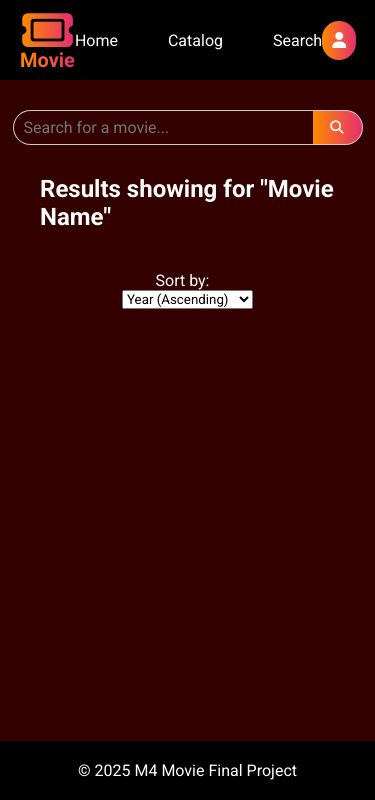
Repository: avivanguyen/m4_movie-FinalProject
Page: index.html
The author's editor kept a copy of each file at every save. The page is drawn from the files as they stood at one save, then again after a run of saves.
The browser window is 375 px wide. The pictures show the whole page.
Some web libraries are served in a nearby version.

Above is the page before, as saved 2025-12-30 08:07:24.

### index.html
<!DOCTYPE html>
<html lang="en">
<head>
    <meta charset="UTF-8">
    <meta name="viewport" content="width=device-width, initial-scale=1.0">
    <title>M4 Movie Final Project</title>
    <link rel="stylesheet" href="styles.css">
    <script src="script.js" defer></script>
    <script src="https://kit.fontawesome.com/2588cf0bac.js" crossorigin="anonymous"></script>
</head>
<body>
    <nav>
        <div class="logo">
            <i class="fa-solid fa-ticket logo__ticket"></i>
            <h1 class="logo__title">Movie</h1>
        </div>
        <ul class="nav-links">
            <li><a href="#">Home</a></li>
            <li><a href="#">Catalog</a></li>
            <li><a href="#">Search</a></li>
        </ul>
        <div class="login">
            <button>
                <a href="#">
                    <i class="fa-solid fa-user login__icon"></i>
                    <span class="login__text">Login</span>
                </a>
            </button>
        </div>
    </nav>
    <main>
        <section class="search-section">
            <input type="text" id="search-input" placeholder="Search for a movie..." onchange="onSearchMovie(event)">
            <button id="search-button"><i class="fa-solid fa-magnifying-glass"></i></button>
        </section>
        <section class="results__section">
            <div id="results__container">
                <div class="breadcrumb">
                    <h2>Results showing for "<span id="search-term">Movie Name</span>"</h2>
                </div>
                <div class="sort">
                    <label for="sort-select">Sort by:</label>
                    <select id="sort-select" onchange="onSortChange(event)">
                        <option value="year-ascending">Year (Ascending)</option>
                        <option value="year-descending">Year (Descending)</option>
                        <option value="title-ascending">Movie Title (A-Z)</option>
                        <option value="title-descending">Movie Title (Z-A)</option>
                    </select>
                </div>
                <div class="loading hidden">
                    <i class="fa fa-spinner fa-spin"></i>
                </div>
                <div class="movie">
                    <div class="movie-card hidden">
                        <div class="movie-card__container" onclick="toggleModal()">
                            <div class="movie__poster">
                                <img src="./assets/movie_poster-placeholder.png" alt="">
                            </div>
                            <div class="movie__title">Movie Title</div>
                            <div class="movie__year">20XX</div>
                        </div>
                    </div>
                    <!-- <div class="movie-card">
                        <div class="movie-card__container" onclick="toggleModal()">
                            <div class="movie__poster">
                                <img src="./assets/movie_poster-placeholder.png" alt="">
                            </div>
                            <div class="movie__title">Movie Title</div>
                            <div class="movie__year">20XX</div>
                        </div>
                    </div>
                    <div class="movie-card">
                        <div class="movie-card__container" onclick="toggleModal()">
                            <div class="movie__poster">
                                <img src="./assets/movie_poster-placeholder.png" alt="">
                            </div>
                            <div class="movie__title">Movie Title</div>
                            <div class="movie__year">20XX</div>
                        </div>
                    </div>
                    <div class="movie-card">
                        <div class="movie-card__container" onclick="toggleModal()">
                            <div class="movie__poster">
                                <img src="./assets/movie_poster-placeholder.png" alt="">
                            </div>
                            <div class="movie__title">Movie Title</div>
                            <div class="movie__year">20XX</div>
                        </div>
                    </div>
                    <div class="movie-card">
                        <div class="movie-card__container" onclick="toggleModal()">
                            <div class="movie__poster">
                                <img src="./assets/movie_poster-placeholder.png" alt="">
                            </div>
                            <div class="movie__title">Movie Title</div>
                            <div class="movie__year">20XX</div>
                        </div>
                    </div>
                    <div class="movie-card">
                        <div class="movie-card__container" onclick="toggleModal()">
                            <div class="movie__poster">
                                <img src="./assets/movie_poster-placeholder.png" alt="">
                            </div>
                            <div class="movie__title">Movie Title</div>
                            <div class="movie__year">20XX</div>
                        </div>
                    </div> -->
                </div>
            </div>
        </section>
        <div class="modal">
            <div class="modal__half modal__poster">
                <figure>
                    <img src="./assets/movie_poster-placeholder.png" alt="">
                </figure>
            </div>
            <div class="modal__half modal__description">
                <h2 class="modal__title">Movie Title</h2>
                <p class="modal__year">20XX</p>
                <p class="modal__plot">Lorem ipsum dolor sit amet, consectetur adipiscing elit. Sed do eiusmod tempor incididunt ut labore et dolore magna aliqua.</p>
                <ul class="modal__details">
                    <li><strong>Director:</strong> Director Name</li>
                    <li><strong>Actors:</strong> Actor 1, Actor 2, Actor 3</li>
                    <li><strong>Runtime:</strong> XX min</li>
                </ul>
                <button class="watch">Watch Now</button>
            </div>
            <button class="close-button" onclick="toggleModal()">Close</button>
        </div>
    </main>
    <footer>
        <p>&copy; 2025 M4 Movie Final Project</p>
    </footer>
</body>
</html>

### styles.css
@import url('https://fonts.googleapis.com/css2?family=Roboto:ital,wght@0,100..900;1,100..900&display=swap');

* {
    margin: 0;
    padding: 0;
    box-sizing: border-box;
    font-family: 'Roboto', sans-serif;
}

body {
    background-color: #340101;
    min-height: 100vh;
    display: flex;
    flex-direction: column; /*ensures footer stays at bottom*/
}

a {
    text-decoration: none;
}

li {
    list-style: none;
}

.hidden {
    display: none !important;
}

/*
NAVIGATION STYLES
*/
nav {
    display: flex;
    justify-content: space-between;
    align-items: center;
    flex-direction: row;
    background-color: black;
    width: 100%;
    padding: 15px 40px;
}

.logo {
    display: flex;
    align-items: center;
    flex-direction: column;
}

.logo__ticket,
.logo__title {
    background: linear-gradient(90deg, #ff8a00, #e52e71);
    background-clip: text;
    -webkit-background-clip: text;
    -webkit-text-fill-color: transparent;
}

.logo__ticket {
    font-size: 45px;
    margin-bottom: -5px;
}

.logo__title {
    font-size: 20px;
}

.nav-links {
    display: flex;
    flex-direction: row;
    gap: 100px;
}

.nav-links a {
    color: white;
    font-size: 16px;
    transition: color 300ms ease;
}

.nav-links a:hover,
.close-button:hover {
    color: #ff8a00;
}

.login button,
.modal button.watch {
    background: linear-gradient(90deg, #ff8a00, #e52e71);
    border: none;
    padding: 10px 25px;
    border-radius: 50px;
    color: white;
    font-size: 16px;
    cursor: pointer;
    transition: transform 300ms ease;
}
.login button:hover,
.modal button.watch:hover {
    transform: scale(1.1);
}

.login a {
    color: white;
}


/*
SEARCH STYLES
*/
.search-section {
    display: flex;
    justify-content: center;
    align-items: center;
    margin: 30px 0;
}

#search-input {
    width: 400px;
    height: 35px;
    padding: 0 10px;
    font-size: 16px;
    border: 1.5px solid #ccc;
    border-right: none;
    border-radius: 50px 0 0 50px;
    outline: none;
    background-color: transparent;
    color: white;
}

#search-button {
    height: 35px;
    width: 50px;
    outline: none;
    border-radius: 0 50px 50px 0;
    border: 1.5px solid #ccc;
    border-left: none;
    cursor: pointer;
    background: linear-gradient(90deg, #ff8a00, #e52e71);
    transition: all 300ms ease;
    position: relative;
}
#search-button:hover {
    background: transparent;
    border: 2px solid transparent;
    background-image: linear-gradient(#340101, #340101), linear-gradient(90deg, #ff8a00, #e52e71);
    background-origin: border-box;
    background-clip: padding-box, border-box;
}

.search-section #search-button i {
    color: white;
}

/*
LOADING STYLES
*/
.loading {
    justify-content: center;
    align-items: center;
    margin-top: 20px;
    opacity: 1;
    transition: opacity 500ms ease-in-out;
}

.loading:not(.hidden) {
    display: flex;
}

.loading.hidden {
    opacity: 0;
    transition: opacity 500ms ease-in-out 1000ms;
}

.fa-spinner {
    font-size: 35px;
    color: white;
}

/*
RESULTS STYLES
*/
.breadcrumb {
    color: white;
    margin-left: 20px;
    margin-bottom: 40px;
}

.sort label {
    color: white;
    margin-right: 10px;
}

.sort {
    display: flex;
    justify-content: flex-end;
    align-items: center;
    margin-top: -65px;
}

.results__section {
    margin: 0 60px;
}

.movie {
    width: 100%;
    height: auto;
    padding: 0 80px;
    margin-top: 20px;
    display: flex;
    flex-direction: row;
    flex-wrap: wrap;
    justify-content: center;
}

.movie-card {
    cursor: pointer;
    margin: 15px;
    width: 200px; /*makes sure all cards are same size and that the text doesn't overflow*/
    display: flex;
    flex-direction: row;
    flex-wrap: wrap;
    justify-content: center;
    transition: transform 300ms ease;
}
.movie-card:hover {
    transform: scale(1.05);
    background-color: #4d0d0d;
    border-radius: 8px;
    box-shadow: 0 6px 12px #4d0d0d;
}

.movie-card__container {
    padding: 4px 18px;
}

.movie__poster img {
    width: 200px;
    height: 300px;
    box-shadow: 0 4px 8px rgba(0, 0, 0, 0.2);
}

.movie__title,
.movie__year {
    color: white;
    text-align: center;
    margin-top: 2px;
}

/*
MODAL STYLES
*/
.modal {
    display: flex;
    position: fixed;
    top: 50%;
    left: 50%;
    transform: translate(-50%, -50%);
    width: 90%;
    max-width: 1100px;
    background-color: #4b3434;
    box-shadow: 0 6px 12px #4d0d0d;
    visibility: hidden;
    transition: visibility 400ms, z-index 300ms ease;
}

.modal--open .modal {
    display: flex;
    z-index: 50;
    box-shadow: 0 6px 12px #4d0d0d;
    visibility: visible;
}

.modal__half {
    display: flex;
    flex-direction: column;
    justify-content: center;
    position: relative;
}

.modal__poster img {
    width: 100%;
}

.modal__description {
    padding: 80px;
    color: white;
    line-height: 2.5;
}

.watch {
    margin-top: auto;
    width: 50%;
    display: flex;
    justify-content: center;
    align-items: center;
    margin-left: 100px;
}

.close-button {
    position: absolute;
    top: 15px;
    right: 30px;
    font-size: 20px;
    color: white;
    cursor: pointer;
    background-color: transparent;
    border: none;
}

/*
FOOTER STYLES
*/
footer {
    text-align: center;
    padding: 20px 0;
    background-color: black;
    color: white;
    margin-top: auto;
}


/*
RESPONSIVE STYLES
*/
@media (max-width: 768px) {
    .nav-links {
            gap: 75px;
        }

    #search-input {
        width: 300px;
    }

    .movie-card {
        margin: 15px;
    }

    .modal__description {
        padding: 40px;
        line-height: 2;
    }

    .modal__details {
        margin-bottom: 15px;
    }

    .close-button {
        font-size: 18px;
    }
}

@media (max-width: 480px) {
    nav {
        padding: 8px 20px;
    }
    .nav-links {
        gap: 50px;
    }

    .login__text {
        display: none;
    }
    .login button {
        padding: 10px;
    }

    .sort {
        margin-top: 10px;
        display: flex;
        flex-direction: column;
    }

    .movie-card {
        margin: 8px;
    }
    .movie__poster img {
        width: 150px;
        height: auto;
    }
    .movie__title, .movie__year {
        font-size: 20px;
    }

    .results__section {
        margin: 0 20px;
    }
    .movie {
        padding: 0;
    }

    .modal {
        flex-direction: column;
    }
    .modal__description {
        padding: 18px;
        line-height: 1.8;
    }
    .modal__poster {
        display: flex;
        justify-content: center;
        align-items: center;
        text-align: center;
    }
    .modal__poster img {
        width: 50%;
    }
}

### script.js
//API key: 5aa2e87d
//base URL: https://www.omdbapi.com/?apikey=5aa2e87d&s=MOVIE_NAME_HERE

//Modal functionality
let isModalOpen = false;

function toggleModal() {
  if (isModalOpen) {
    isModalOpen = !isModalOpen;
    return document.body.classList.remove("modal--open");
  }
  isModalOpen = true;
  document.body.classList += " modal--open";
}

//Search functionality
async function onSearchMovie(event) {
  const searchMovie = event.target.value;

  if (!searchMovie) return;

  //breadcrumb
  document.getElementById("search-term").textContent = searchMovie;

  const movieContainer = document.querySelector(".movie");
  const loadingSpinner = document.querySelector(".loading");

  loadingSpinner.classList.remove("hidden");

  // Fetch movies from API
  const response = await fetch(
    `https://www.omdbapi.com/?apikey=5aa2e87d&s=${searchMovie}`
  );
  const data = await response.json();

  loadingSpinner.classList.add("hidden");

  if (data.Response === "True") {
    movieContainer.innerHTML = data.Search
    .slice(0, 6) // Limit to first 6 results//
      .map((movie) => movieCardHtml(movie))
      .join("");
  } else {
    movieContainer.innerHTML = `<div class="breadcrumb">
            <h2>Results showing for "<span id="search-term">${searchMovie}</span>"</h2>
        </div>`;
  }
}

//Movie card results
function movieCardHtml(movie) {
  return `
    <div class="movie-card">
        <div class="movie-card__container" onclick="toggleModal()">
            <div class="movie__poster">
                <img src="${
                  movie.Poster !== "N/A"
                    ? movie.Poster
                    : "./assets/movie_poster-placeholder.png"
                }" alt="">
            </div>
            <div class="movie__title">${movie.Title}</div>
            <div class="movie__year">${movie.Year}</div>
        </div>
    </div>`;
}

// //Movie modal results
// async function movieModalHtml(imdbID) {
//   toggleModal();
//   const response = await fetch(
//     `https://www.omdbapi.com/?apikey=5aa2e87d&i=${imdbID}`
//   );
//   const movie = await response.json();

//   document.querySelector(".modal__poster img").src =
//     movie.Poster !== "N/A"
//       ? movie.Poster
//       : "./assets/movie_poster-placeholder.png";
//   document.querySelector(".modal__title").textContent = movie.Title;
//   document.querySelector(".modal__year").textContent = movie.Year;
// }
// function movieModalHtml(movie) {
//   return `
//     <div class="modal">
//             <div class="modal__half modal__poster">
//                 <figure>
//                     <img src="${
//                       movie.Poster !== "N/A"
//                         ? movie.Poster
//                         : "./assets/movie_poster-placeholder.png"
//                     }" alt="">
//                 </figure>
//             </div>
//             <div class="modal__half modal__description">
//                 <h2 class="modal__title">${movie.Title}</h2>
//                 <p class="modal__year">${movie.Year}</p>
//                 <p class="modal__plot">Lorem ipsum dolor sit amet, consectetur adipiscing elit. Sed do eiusmod tempor incididunt ut labore et dolore magna aliqua.</p>
//                 <ul class="modal__details">
//                     <li><strong>Director:</strong> Director Name</li>
//                     <li><strong>Actors:</strong> Actor 1, Actor 2, Actor 3</li>
//                     <li><strong>Runtime:</strong> XX min</li>
//                 </ul>
//                 <button class="watch">Watch Now</button>
//             </div>
//             <button class="close-button" onclick="toggleModal()">Close</button>
//         </div>`;
// }

After the next 2 saves:
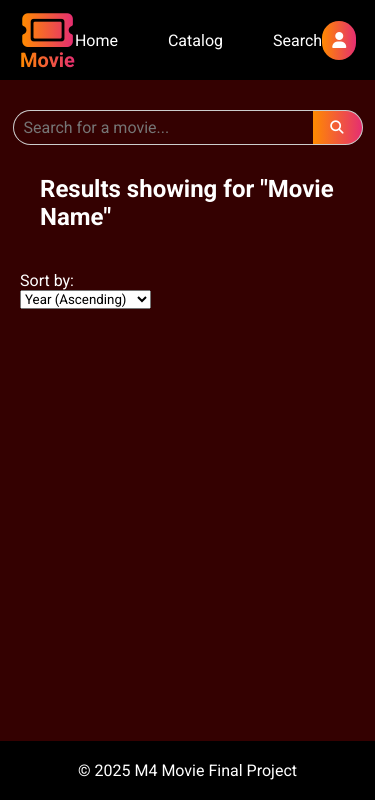
The 2 saves are shown as one change because they came seconds apart.
The last was saved 5 s later.
--- a/styles.css
+++ b/styles.css
@@ -364,7 +364,7 @@ RESPONSIVE STYLES
         margin-top: 10px;
         display: flex;
         flex-direction: column;
-    }
+        align-items: flex-start;}
 
     .movie-card {
         margin: 8px;
